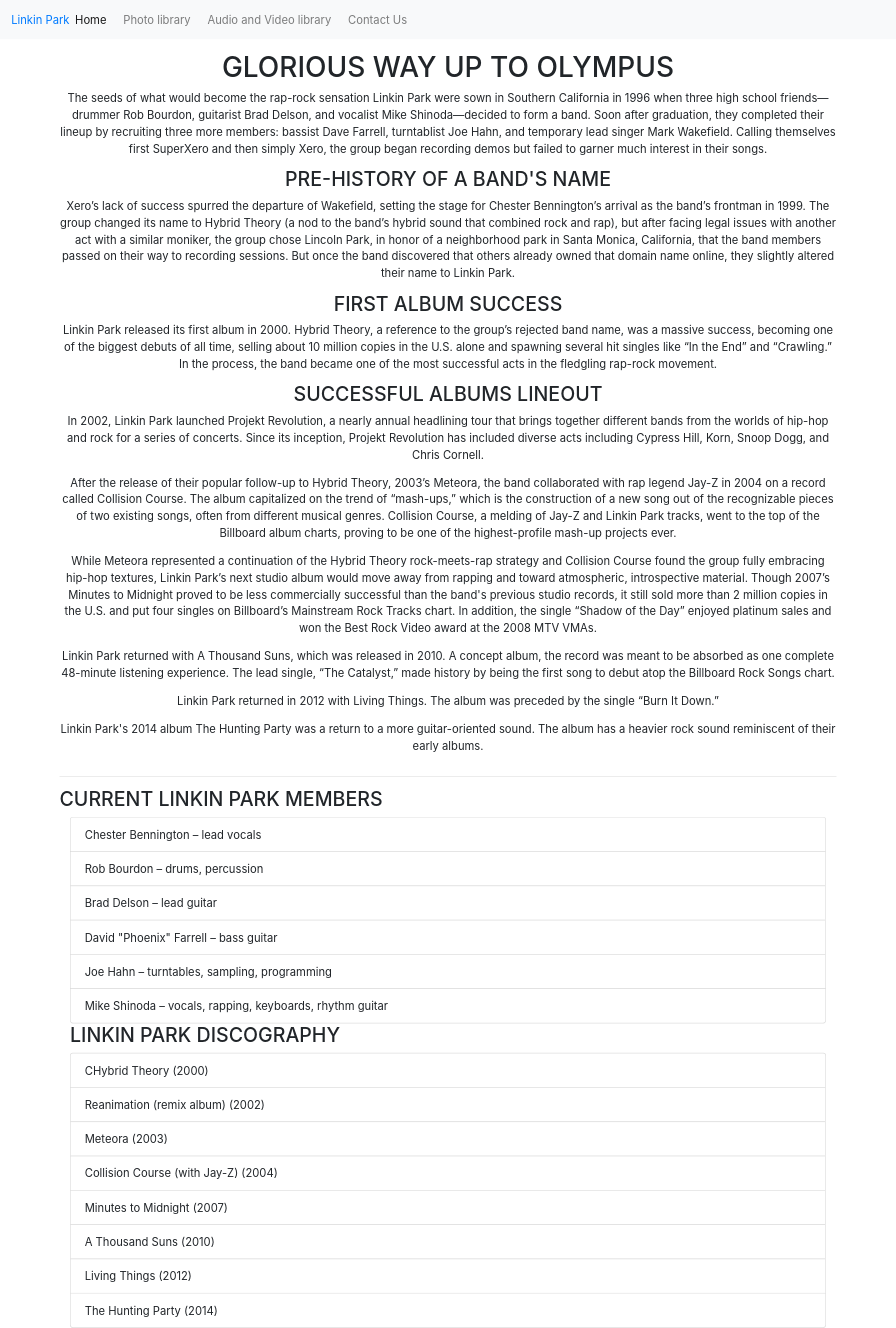
Repository: vaida898/website
Page: index.html
The author's editor kept a record of every edit. The page is drawn from the files as they stood at one moment, then again after the next edit.
The browser window is 1280 px wide. The pictures show the whole page, at 70% of full size.

Above is the page before.
Console error: TypeError: Cannot read properties of undefined (reading 'fn')

After the next edit:
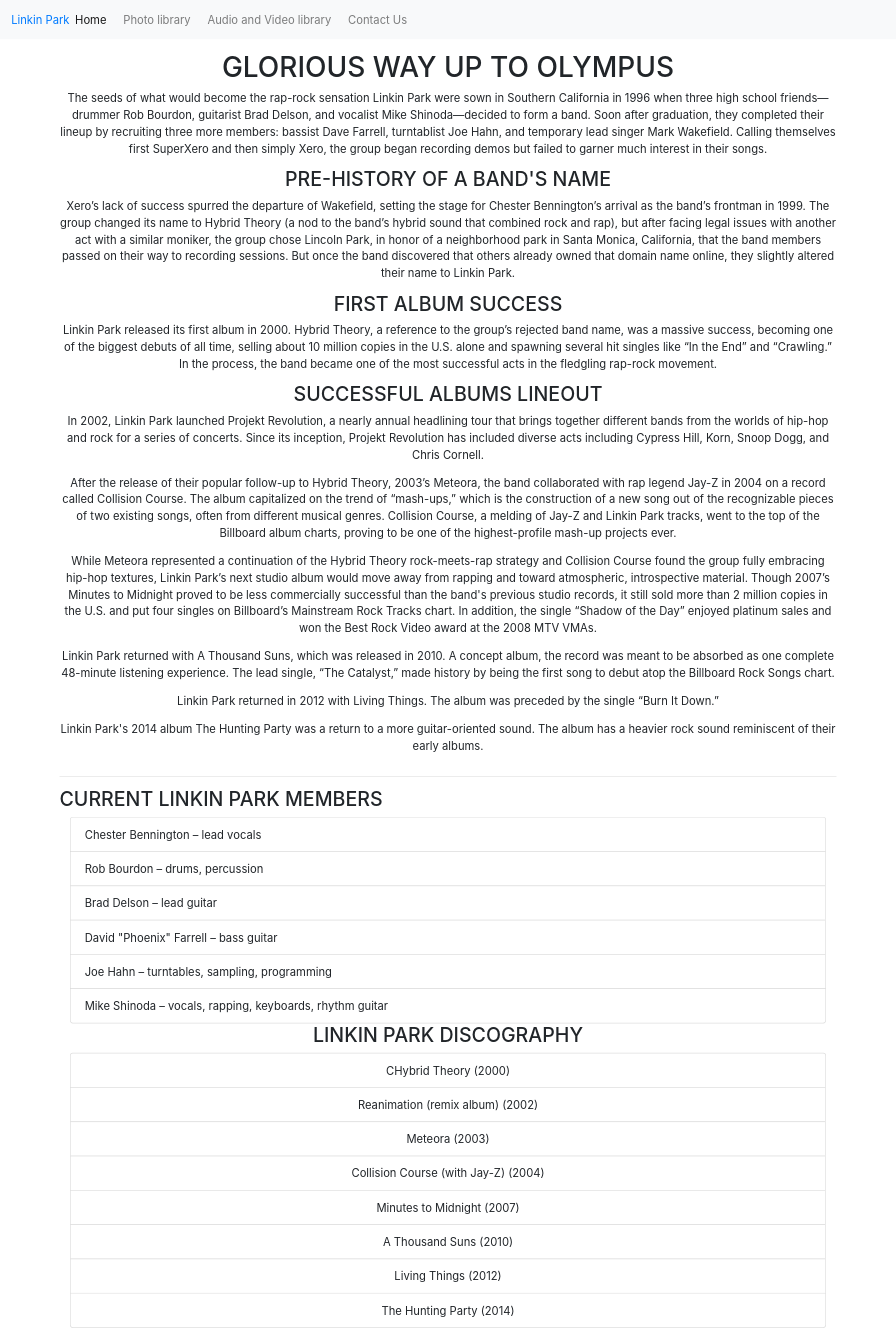
The edit:
--- a/index.html
+++ b/index.html
@@ -82,7 +82,7 @@
             </div>
         </section>
 
-        <section class="Band discography">
+        <section class="Band discography text-center">
             <div class="col-12 col-md-12">
                 <h3 class="text-uppercase">Linkin Park discography</h3>
             </div>
